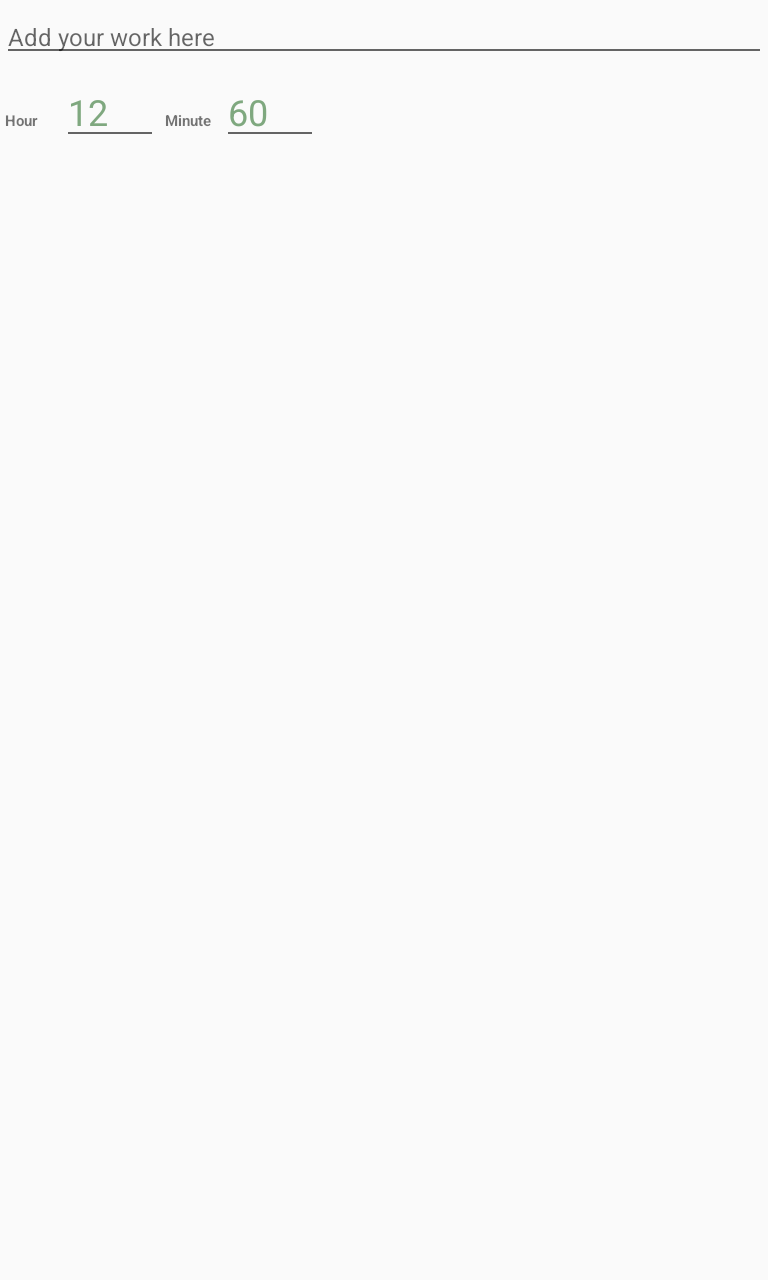
Repository: teamEIT/Android
Layout: workspace/Layout/res/layout/activity_main.xml
An editor plug-in stored every save of this project. The layout is shown before and after the next save, followed by the edit.
It is drawn on a 768 x 1280 px phone screen (xhdpi) without system bars, with theme AppTheme; the app's code is not run.

Above is the layout before, as saved 2014-08-18 03:00:04.

After the next save:
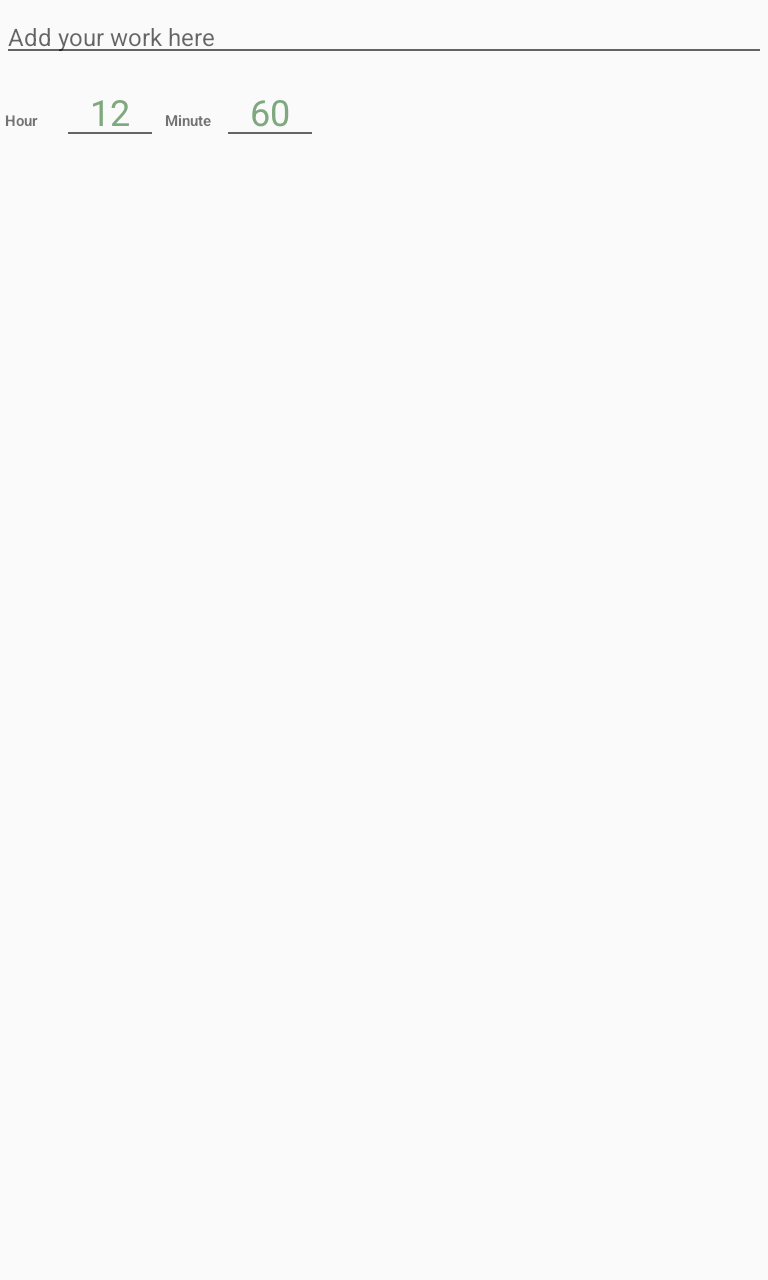
Saved 32 s later.
--- a/workspace/Layout/res/layout/activity_main.xml
+++ b/workspace/Layout/res/layout/activity_main.xml
@@ -34,6 +34,7 @@
 	    	android:layout_height="wrap_content"
 	    	android:hint="12"
 	    	android:textColorHint="@color/abc_search_url_text_normal"
+	    	android:gravity="center"
 	    />
 	    <TextView
 	    	android:layout_width="60px"
@@ -50,6 +51,7 @@
 	    	android:layout_height="wrap_content"
 	    	android:hint="60"
 	    	android:textColorHint="@color/abc_search_url_text_normal"
+	    	android:gravity="center"
 	    />
 	</LinearLayout>
 
